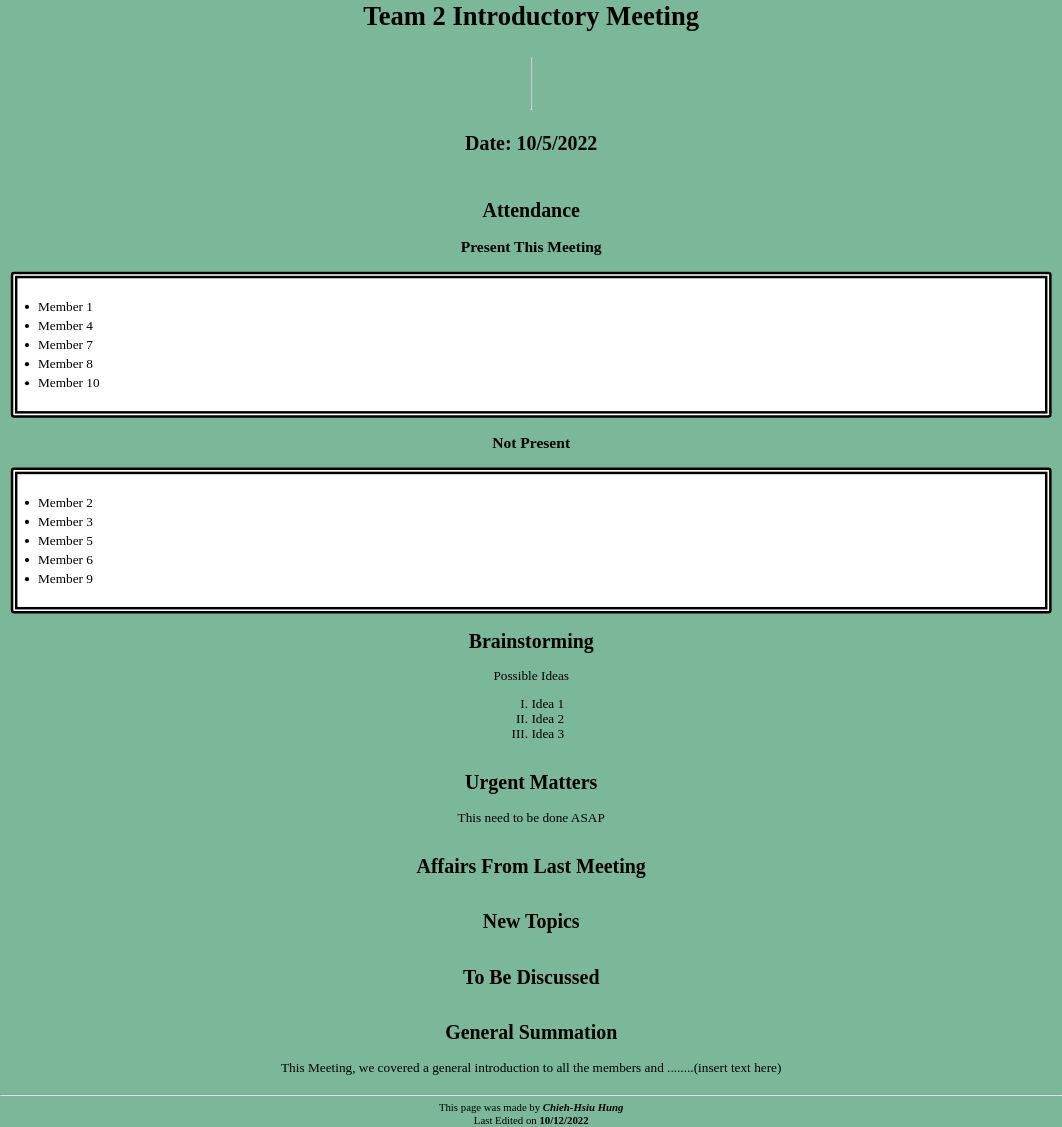
Repository: Chieh0501/fa22-cse110-lab3
Page: index.html
The author's editor kept a copy of each file at every save. The page is drawn from the files as they stood at one save, then again after the next save.
The browser window is 1280 px wide. The pictures show the part of the page from y = 828 to 2186 px (the page is 2186 px tall), at 83% of full size.
A picture or video elsewhere on the page could not be fetched, so the positions and the page height are approximate.

Above is the page before, as saved 2022-10-12 13:01:33.

After the next save:
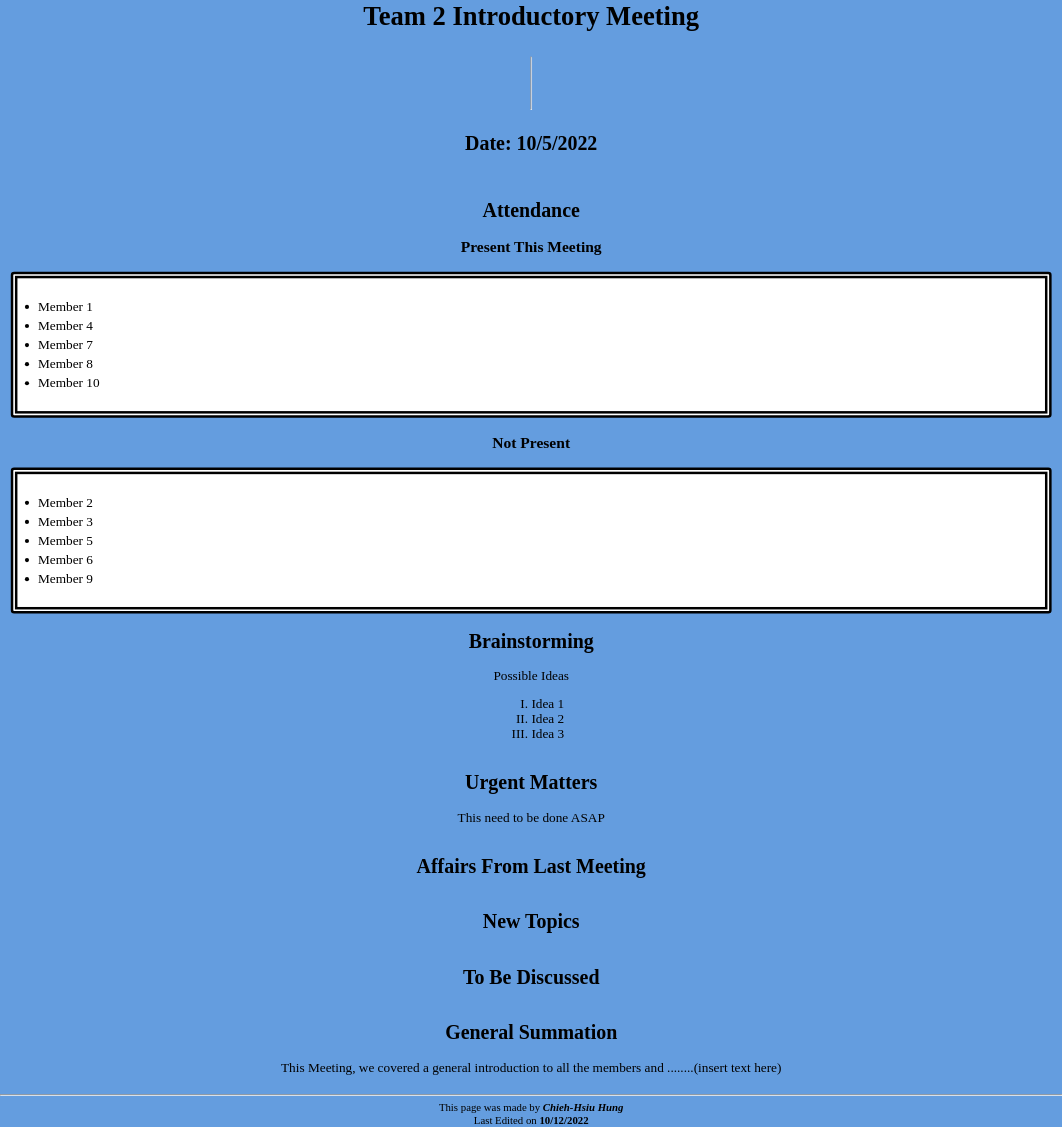
Saved 45 s later.
--- a/styles/main.css
+++ b/styles/main.css
@@ -6,7 +6,7 @@
   --vw-lg: 1920px;
   --vw-md: 1366px;
   --vw-sm: 600px;
-  --primary-color: #000000;
+  --primary-color: #649ddf;
   --secondary-color: white;
   --accent-color-1: #CD7F32;
   --accent-color-2: #969696;
@@ -14,7 +14,7 @@
 }
 
 body {
-  background-color: var(--accent-color-3);
+  background-color: var(--primary-color);
   display: block;
   margin: 0;
   padding: 0;
